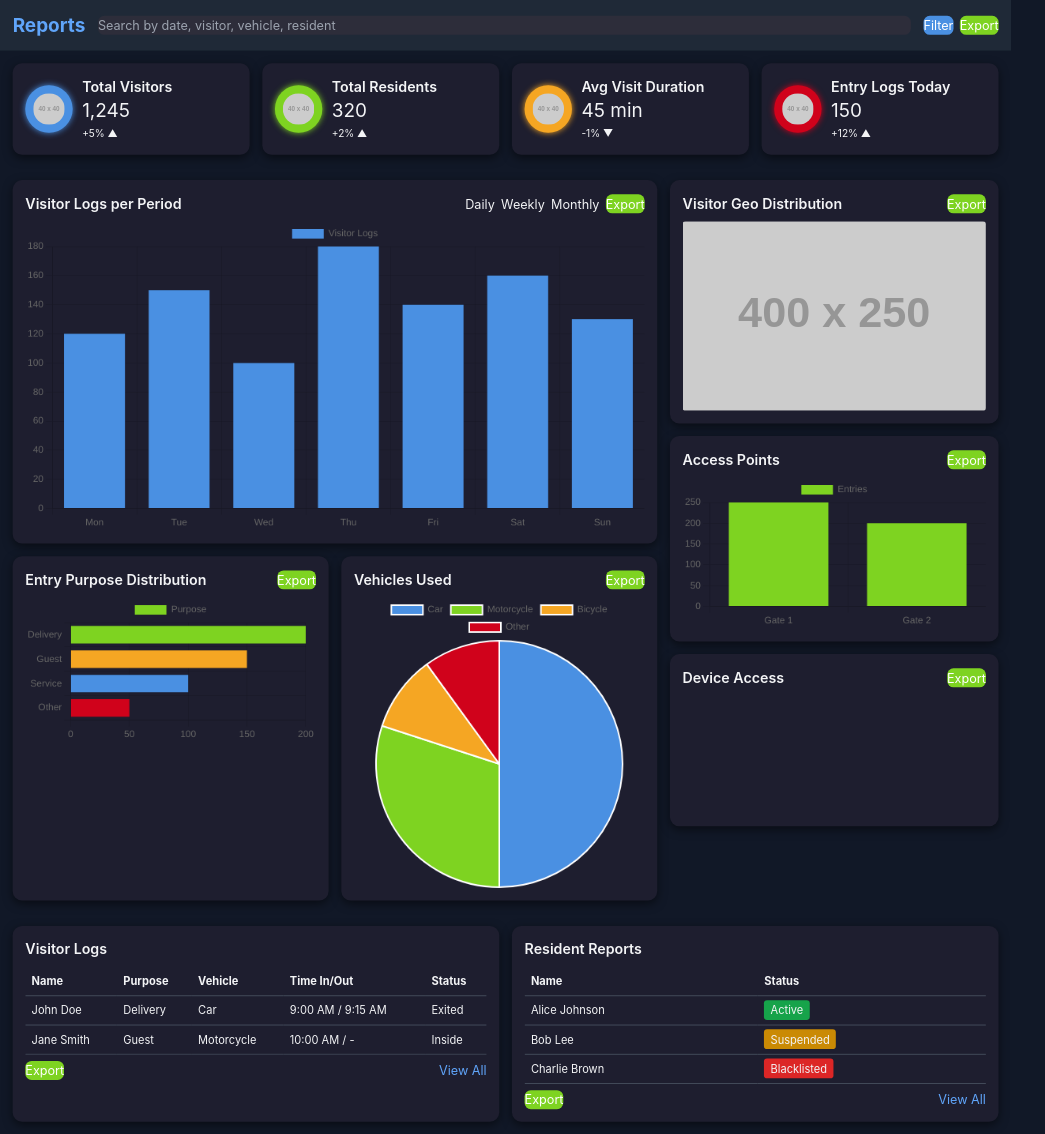
Repository: camuramon/my-project
Page: templates/admin/reports.html
An editor plug-in stored every save of this project. The page is shown before and after the next save, followed by the edit.
The browser window is 1280 px wide. The page is 1280 px wide, then 1323 px, so the pictures cover 1323 px, including what lies to the right of the window. The pictures show the whole page, at 79% of full size.
Some web libraries are served in a nearby version. The template is drawn by Flask 3. The application's start-up code is not run. The template is opened directly, without the code that normally fills it, so the values that code supplies are empty.

Above is the page before, as saved 2025-09-08 23:45:38.

After the next save:
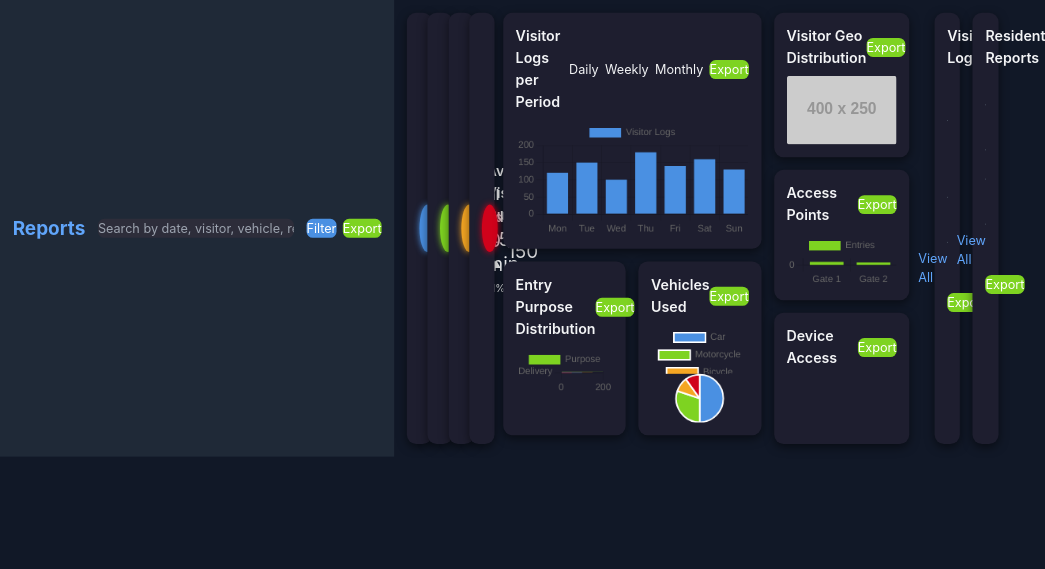
Saved 109 s later.
--- a/static/css/report.css
+++ b/static/css/report.css
@@ -1,3 +1,64 @@
+body {
+  margin: 0;
+  font-family: Arial, sans-serif;
+  background: #121212;
+  color: #fff;
+  display: flex;
+}
+
+/* Sidebar */
+.sidebar {
+  width: 220px;
+  background: #1a1a1a;
+  height: 100vh;
+  padding: 20px 0;
+  display: flex;
+  flex-direction: column;
+}
+
+.sidebar .logo {
+  text-align: center;
+  margin-bottom: 30px;
+}
+.sidebar .logo img {
+  width: 50px;
+  margin-bottom: 10px;
+}
+.sidebar .logo h2 {
+  margin: 0;
+  font-size: 18px;
+}
+.sidebar .logo p {
+  font-size: 12px;
+  color: #bbb;
+}
+
+.sidebar .nav-links {
+  list-style: none;
+  padding: 0;
+  margin: 0;
+}
+.sidebar .nav-links li {
+  padding: 12px 20px;
+  cursor: pointer;
+  display: flex;
+  align-items: center;
+  gap: 10px;
+  color: #ccc;
+  transition: background 0.3s;
+}
+.sidebar .nav-links li:hover,
+.sidebar .nav-links li.active {
+  background: #2a2a2a;
+  color: #fff;
+}
+
+/* Main content */
+.main-content {
+  flex: 1;
+  padding: 20px;
+}
+
 body {
   background-color: #121212;
   color: #E0E0E0;
